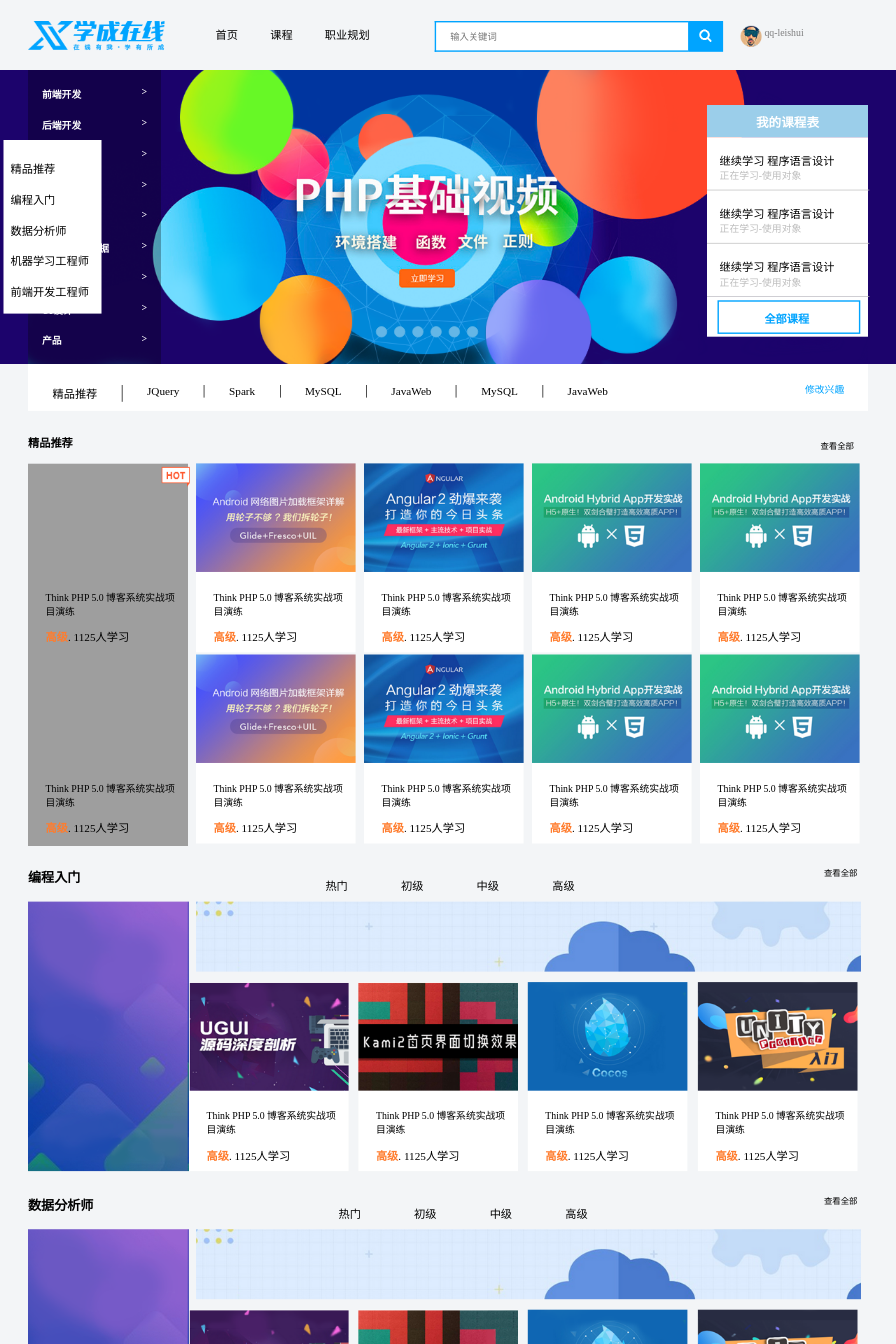
Repository: try-18/web-page-1
Page: index.html
The author's editor kept a copy of each file at every save. The page is drawn from the files as they stood at one save, then again after the next save.
The browser window is 1280 px wide. The pictures show the part of the page from y = 0 to 1920 px (the page is 3340 px tall), at 70% of full size.
Pictures or frames that could not be fetched are drawn as grey boxes.

Above is the page before, as saved 2021-11-02 13:16:26.

### index.html
<!DOCTYPE html>
<html lang="en">

<head>
    <meta charset="UTF-8">
    <meta http-equiv="X-UA-Compatible" content="IE=edge">
    <meta name="viewport" content="width=device-width, initial-scale=1.0">
    <title>Document</title>
    <link rel="stylesheet" href="index.css">
</head>

<body>
    <div class="header center">
        <div class="logo1"><img src="img\logo.png" alt="学成在线"></div>
        <div class="first">
            <ul>
                <li><a href="#">首页</a></li>
                <li>
                    <a href="#">课程</a>
                </li>
                <li>
                    <a href="#">职业规划</a>
                </li>
            </ul>
        </div>
        <div class="sousuo">
            <input type="text" placeholder="输入关键词">
            <button><img src="img\search.png" alt=""></button>
        </div>
        <div class="person">
            <img src="img\touxiang.png" alt="">
            <h4>qq-leishui</h4>
        </div>
    </div>
    <div class="second">
        <div class="second1 center">
            <div class="second1left">
                <ul>
                    <li>
                        <a href="#">
                            <h4>前端开发</h4>
                            <h5>&gt;</h5>
                        </a>
                    </li>
                    <li>
                        <a href="#">
                            <h4>后端开发</h4>
                            <h5>&gt;</h5>
                        </a>
                    </li>
                    <li>
                        <a href="#">
                            <h4>移动开发</h4>
                            <h5>&gt;</h5>
                        </a>
                    </li>
                    <li>
                        <a href="#">
                            <h4>人工智能</h4>
                            <h5>&gt;</h5>
                        </a>
                    </li>
                    <li>
                        <a href="#">
                            <h4>商业预测</h4>
                            <h5>&gt;</h5>
                        </a>
                    </li>
                    <li>
                        <a href="#">
                            <h4>云计算&大数据</h4>
                            <h5>&gt;</h5>
                        </a>
                    </li>
                    <li>
                        <a href="#">
                            <h4>运维&从测试</h4>
                            <h5>&gt;</h5>
                        </a>
                    </li>
                    <li>
                        <a href="#">
                            <h4>UI设计</h4>
                            <h5>&gt;</h5>
                        </a>
                    </li>
                    <li>
                        <a href="#">
                            <h4>产品</h4>
                            <h5>&gt;</h5>
                        </a>
                    </li>
                </ul>
            </div>
            <div class="second1middle">
                <ul>
                    <li>
                        <a href="#">
                            <div></div>
                        </a>
                    </li>
                    <li>
                        <a href="#">
                            <div></div>
                        </a>
                    </li>
                    <li>
                        <a href="#">
                            <div></div>
                        </a>
                    </li>
                    <li>
                        <a href="#">
                            <div></div>
                        </a>
                    </li>
                    <li>
                        <a href="#">
                            <div></div>
                        </a>
                    </li>
                    <li>
                        <a href="#">
                            <div></div>
                        </a>
                    </li>
                </ul>
            </div>
            <div class="second1right">
                <div class="second1righttop">
                    <h4>我的课程表</h4>
                </div>
                <div class="second1rightmiddle">
                    <ul>
                        <li><a href="#">继续学习 程序语言设计<p>正在学习-使用对象</p></a>
                        </li>
                        <li><a href="#">继续学习 程序语言设计<p>正在学习-使用对象</p></a>
                        </li>
                        <li><a href="#">继续学习 程序语言设计<p>正在学习-使用对象</p></a>
                        </li>
                    </ul>
                </div>
                <div class="second1rightbottom">
                    <div class="second1rightbottomcenter">
                        <h4><a href="#">全部课程</a></h4>
                    </div>
                </div>
            </div>
        </div>
    </div>
    <div class="third center">
        <div class="thirdleft">
            <ul>
                <li><a href="#">精品推荐</a></li>
                <li><a href="#">JQuery</a></li>
                <li><a href="#">Spark</a></li>
                <li><a href="#">MySQL</a></li>
                <li><a href="#">JavaWeb</a></li>
                <li><a href="#">MySQL</a></li>
                <li><a href="#">JavaWeb</a></li>
            </ul>
        </div>
        <div class="thirdright">
            <a href="#">修改兴趣</a>
        </div>

    </div>
    <div class="fourth">
        <div class="fourthtop center">
            <div class="fourthtopleft">
                <h4>精品推荐</h4>
            </div>
            <div class="fourthtopright" id="fourth">
                <a href="#">查看全部</a>
            </div>
        </div>
        <div class="fourthmiddle center">
            <div class="fourthmiddle1 fourthmiddle0">
                <div class="hot">
                    <img src="img\new 拷贝.png" alt="">
                </div>
                <p><a href="#">Think PHP 5.0 博客系统实战项目演练</a></p>
                <div class="fourthmiddle11">
                    <h4>高级</h4>
                    <span> . 1125人学习</span>
                </div>
            </div>
            <div class="fourthmiddle2 fourthmiddle0">
                <p><a href="#">Think PHP 5.0 博客系统实战项目演练</a></p>
                <div class="fourthmiddle11">
                    <h4>高级</h4>
                    <span> . 1125人学习</span>
                </div>
            </div>
            <div class="fourthmiddle3 fourthmiddle0">
                <p><a href="#">Think PHP 5.0 博客系统实战项目演练</a></p>
                <div class="fourthmiddle11">
                    <h4>高级</h4>
                    <span> . 1125人学习</span>
                </div>
            </div>
            <div class="fourthmiddle4 fourthmiddle0">
                <p><a href="#">Think PHP 5.0 博客系统实战项目演练</a></p>
                <div class="fourthmiddle11">
                    <h4>高级</h4>
                    <span> . 1125人学习</span>
                </div>
            </div>
            <div class="fourthmiddle5 fourthmiddle0">
                <p><a href="#">Think PHP 5.0 博客系统实战项目演练</a></p>
                <div class="fourthmiddle11">
                    <h4>高级</h4>
                    <span> . 1125人学习</span>
                </div>
            </div>
            <div class="fourthmiddle6 fourthmiddle0">
                <p><a href="#">Think PHP 5.0 博客系统实战项目演练</a></p>
                <div class="fourthmiddle11">
                    <h4>高级</h4>
                    <span> . 1125人学习</span>
                </div>
            </div>
            <div class="fourthmiddle7 fourthmiddle0">
                <p><a href="#">Think PHP 5.0 博客系统实战项目演练</a></p>
                <div class="fourthmiddle11">
                    <h4>高级</h4>
                    <span> . 1125人学习</span>
                </div>
            </div>
            <div class="fourthmiddle8 fourthmiddle0">
                <p><a href="#">Think PHP 5.0 博客系统实战项目演练</a></p>
                <div class="fourthmiddle11">
                    <h4>高级</h4>
                    <span> . 1125人学习</span>
                </div>
            </div>
            <div class="fourthmiddle9 fourthmiddle0">
                <p><a href="#">Think PHP 5.0 博客系统实战项目演练</a></p>
                <div class="fourthmiddle11">
                    <h4>高级</h4>
                    <span> . 1125人学习</span>
                </div>
            </div>
            <div class="fourthmiddle10 fourthmiddle0">
                <p><a href="#">Think PHP 5.0 博客系统实战项目演练</a></p>
                <div class="fourthmiddle11">
                    <h4>高级</h4>
                    <span> . 1125人学习</span>
                </div>
            </div>
        </div>
    </div>
    <div class="fifthtop center">
        <h3>编程入门</h3>
        <div class="fifthtopmiddle">
            <ul>
                <li>热门</li>
                <li>初级</li>
                <li>中级</li>
                <li>高级</li>
            </ul>
        </div>
        <a href="#" id="fifth">查看全部</a>
    </div>
    <div class="fifthmiddle center">
        <div class="fifthmiddleleft"> </div>
        <div class="fifthmiddletop"></div>
        <div class="fifthmiddlemiddle">
            <div class="fifthmiddle1 fourthmiddle0">
                <p><a href="#">Think PHP 5.0 博客系统实战项目演练</a></p>
                <div class="fifthmiddle11">
                    <h4>高级</h4>
                    <span> . 1125人学习</span>
                </div>
            </div>
            <div class="fifthmiddle2 fourthmiddle0">
                <p><a href="#">Think PHP 5.0 博客系统实战项目演练</a></p>
                <div class="fifthmiddle11">
                    <h4>高级</h4>
                    <span> . 1125人学习</span>
                </div>
            </div>
            <div class="fifthmiddle3 fourthmiddle0">
                <p><a href="#">Think PHP 5.0 博客系统实战项目演练</a></p>
                <div class="fifthmiddle11">
                    <h4>高级</h4>
                    <span> . 1125人学习</span>
                </div>
            </div>
            <div class="fifthmiddle4 fourthmiddle0">
                <p><a href="#">Think PHP 5.0 博客系统实战项目演练</a></p>
                <div class="fifthmiddle11">
                    <h4>高级</h4>
                    <span> . 1125人学习</span>
                </div>
            </div>
        </div>
    </div>
    <div class="sixthtop center">
        <h3>数据分析师</h3>
        <div class="sixthtopmiddle">
            <ul>
                <li>热门</li>
                <li>初级</li>
                <li>中级</li>
                <li>高级</li>
            </ul>
        </div>
        <a href="#" id="sixth">查看全部</a>
    </div>
    <div class="sixthmiddle center">
        <div class="sixthmiddleleft">
        </div>
        <div class="sixthmiddletop">
        </div>
        <div class="sixthmiddlemiddle">
            <div class="sixthmiddle1 fourthmiddle0">
                <p><a href="#">Think PHP 5.0 博客系统实战项目演练</a></p>
                <div class="sixthmiddle11">
                    <h4>高级</h4>
                    <span> . 1125人学习</span>
                </div>
            </div>
            <div class="sixthmiddle2 fourthmiddle0">
                <p><a href="#">Think PHP 5.0 博客系统实战项目演练</a></p>
                <div class="sixthmiddle11">
                    <h4>高级</h4>
                    <span> . 1125人学习</span>
                </div>
            </div>
            <div class="sixthmiddle3 fourthmiddle0">
                <p><a href="#">Think PHP 5.0 博客系统实战项目演练</a></p>
                <div class="sixthmiddle11">
                    <h4>高级</h4>
                    <span> . 1125人学习</span>
                </div>
            </div>
            <div class="sixthmiddle4 fourthmiddle0">
                <p><a href="#">Think PHP 5.0 博客系统实战项目演练</a></p>
                <div class="sixthmiddle11">
                    <h4>高级</h4>
                    <span> . 1125人学习</span>
                </div>
            </div>
        </div>
    </div>
    <div class="seventhtop center">
        <h3>机器学习工程师</h3>
        <div class="seventhtopmiddle">
            <ul>
                <li>热门</li>
                <li>初级</li>
                <li>中级</li>
                <li>高级</li>
            </ul>
        </div>
        <a href="#" id="seventh">查看全部</a>
    </div>
    <div class="seventhmiddle center">
        <div class="seventhmiddlemiddle">
            <div class="seventhmiddle1 fourthmiddle0">
                <p><a href="#">Think PHP 5.0 博客系统实战项目演练</a></p>
                <div class="seventhmiddle11">
                    <h4>高级</h4>
                    <span> . 1125人学习</span>
                </div>
            </div>
            <div class="seventhmiddle2 fourthmiddle0">
                <p><a href="#">Think PHP 5.0 博客系统实战项目演练</a></p>
                <div class="seventhmiddle11">
                    <h4>高级</h4>
                    <span> . 1125人学习</span>
                </div>
            </div>
            <div class="seventhmiddle3 fourthmiddle0">
                <p><a href="#">Think PHP 5.0 博客系统实战项目演练</a></p>
                <div class="seventhmiddle11">
                    <h4>高级</h4>
                    <span> . 1125人学习</span>
                </div>
            </div>
            <div class="seventhmiddle4 fourthmiddle0">
                <p><a href="#">Think PHP 5.0 博客系统实战项目演练</a></p>
                <div class="seventhmiddle11">
                    <h4>高级</h4>
                    <span> . 1125人学习</span>
                </div>
            </div>
            <div class="seventhmiddle5 fourthmiddle0">
                <p><a href="#">Think PHP 5.0 博客系统实战项目演练</a></p>
                <div class="seventhmiddle11">
                    <h4>高级</h4>
                    <span> . 1125人学习</span>
                </div>
            </div>
        </div>
    </div>
    <div class="eighthtop center">
        <h3>前端开发工程师</h3>
        <div class="eighthtopmiddle">
            <ul>
                <li>热门</li>
                <li>初级</li>
                <li>中级</li>
                <li>高级</li>
            </ul>
        </div>
        <a href="#" id="eighth">查看全部</a>
    </div>
    <div class="eighthmiddle center">
        <div class="eighthmiddlemiddle">
            <div class="eighthmiddle1 fourthmiddle0">
                <p><a href="#">Think PHP 5.0 博客系统实战项目演练</a></p>
                <div class="eighthmiddle11">
                    <h4>高级</h4>
                    <span> . 1125人学习</span>
                </div>
            </div>
            <div class="eighthmiddle2 fourthmiddle0">
                <p><a href="#">Think PHP 5.0 博客系统实战项目演练</a></p>
                <div class="eighthmiddle11">
                    <h4>高级</h4>
                    <span> . 1125人学习</span>
                </div>
            </div>
            <div class="eighthmiddle3 fourthmiddle0">
                <p><a href="#">Think PHP 5.0 博客系统实战项目演练</a></p>
                <div class="eighthmiddle11">
                    <h4>高级</h4>
                    <span> . 1125人学习</span>
                </div>
            </div>
            <div class="eighthmiddle4 fourthmiddle0">
                <p><a href="#">Think PHP 5.0 博客系统实战项目演练</a></p>
                <div class="eighthmiddle11">
                    <h4>高级</h4>
                    <span> . 1125人学习</span>
                </div>
            </div>
            <div class="eighthmiddle5 fourthmiddle0">
                <p><a href="#">Think PHP 5.0 博客系统实战项目演练</a></p>
                <div class="eighthmiddle11">
                    <h4>高级</h4>
                    <span> . 1125人学习</span>
                </div>
            </div>
        </div>
    </div>
    <div class="last">
        <div class="lastcenter center">
            <div class="lastleft">
                <div class="lastcenterlefttop">
                    <img src="img\logo.png" alt="">
                </div>
                <div class="lastcenterleftmiddle">
                    <p>学成在线致力于普及中国最好的教育它与中国一流大学和机构合作提供在线课程。2017年XTCG Inc. 保留所有权利。-沪ICP备15025210号</p>
                </div>
                <div class="lastcenterleftbottom">
                    <a href="#">
                        <h4>下载APP</h4>
                    </a>
                </div>
            </div>
        </div>
        <div class="lastmiddle1">
            <h4>关于学成网</h4>
            <ul>
                <li><a href="#">关于</a></li>
                <li><a href="#">管理团队</a></li>
                <li><a href="#">工作机会</a></li>
                <li><a href="#">客户服务</a></li>
                <li><a href="#">帮助</a></li>
            </ul>
        </div>
        <div class="lastmiddle1">
            <h4>新手指南</h4>
            <ul>
                <li><a href="#">如何注册</a></li>
                <li><a href="#">如何选课</a></li>
                <li><a href="#">如何拿到毕业证</a></li>
                <li><a href="#">学分是什么</a></li>
                <li><a href="#">考试未通过怎么办</a></li>
            </ul>
        </div>
        <div class="lastmiddle1">
            <h4>合作伙伴</h4>
            <ul>
                <li><a href="#">合作机构</a></li>
                <li><a href="#">合作导师</a></li>
            </ul>
        </div>
    </div>
    <div class="left">
        <ul>
            <li><a href="#fourth">精品推荐</a></li>
            <li><a href="#fifth">编程入门</a></li>
            <li><a href="#sixth">数据分析师</a></li>
            <li><a href="#seventh">机器学习工程师</a></li>
            <li><a href="#eighth">前端开发工程师</a></li>
        </ul>
    </div>
</body>

</html>

Loaded but not shown: index.css (632 lines, source omitted)

After the next save:
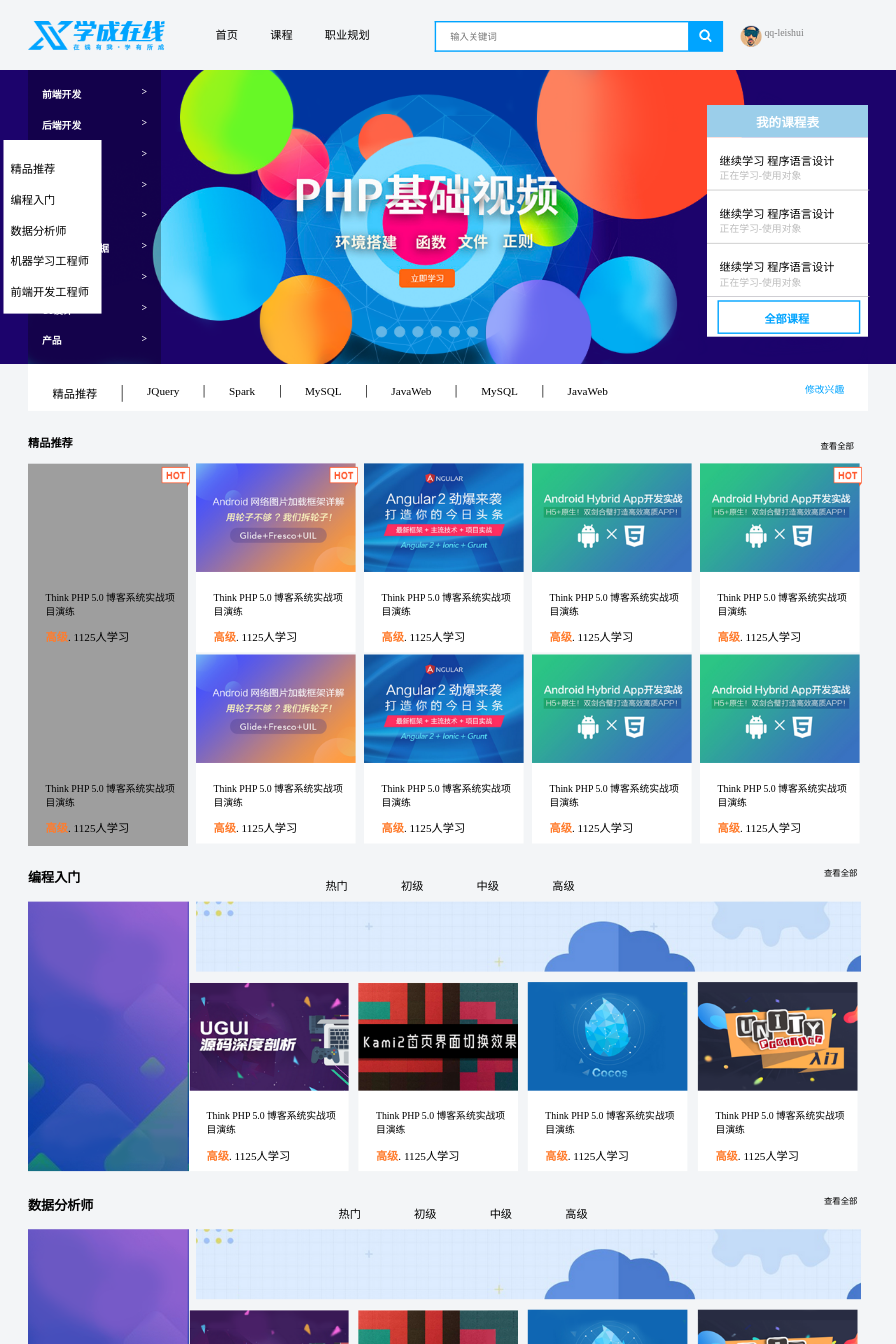
Saved 39 s later.
--- a/index.html
+++ b/index.html
@@ -186,6 +186,9 @@
                 </div>
             </div>
             <div class="fourthmiddle2 fourthmiddle0">
+                <div class="hot">
+                    <img src="img\new 拷贝.png" alt="">
+                </div>
                 <p><a href="#">Think PHP 5.0 博客系统实战项目演练</a></p>
                 <div class="fourthmiddle11">
                     <h4>高级</h4>
@@ -207,6 +210,9 @@
                 </div>
             </div>
             <div class="fourthmiddle5 fourthmiddle0">
+                <div class="hot">
+                    <img src="img\new 拷贝.png" alt="">
+                </div>
                 <p><a href="#">Think PHP 5.0 博客系统实战项目演练</a></p>
                 <div class="fourthmiddle11">
                     <h4>高级</h4>
